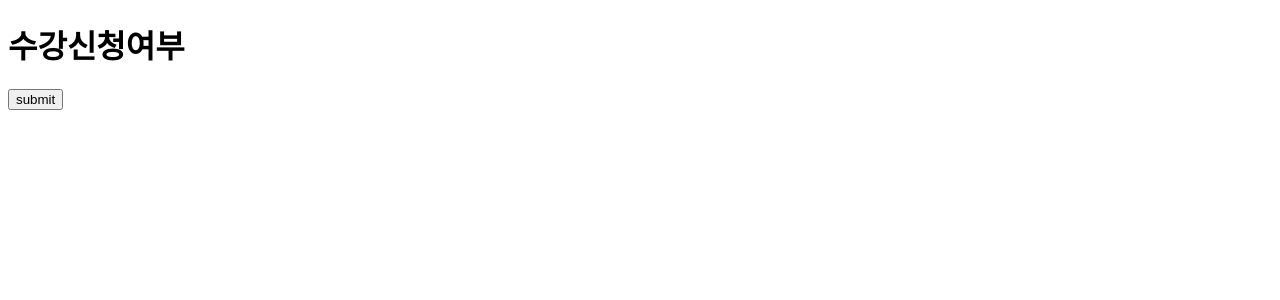
Repository: mi-ci/ai
Page: jsp01/src/main/webapp/ch05/r4.html
These files come from the project's save history. The page is drawn as it stood at one moment and after the next save; the edit follows.
The browser window is 1280 px wide. The pictures show the whole page.

Above is the page before, as saved 2024-01-18 07:03:31.

After the next save:
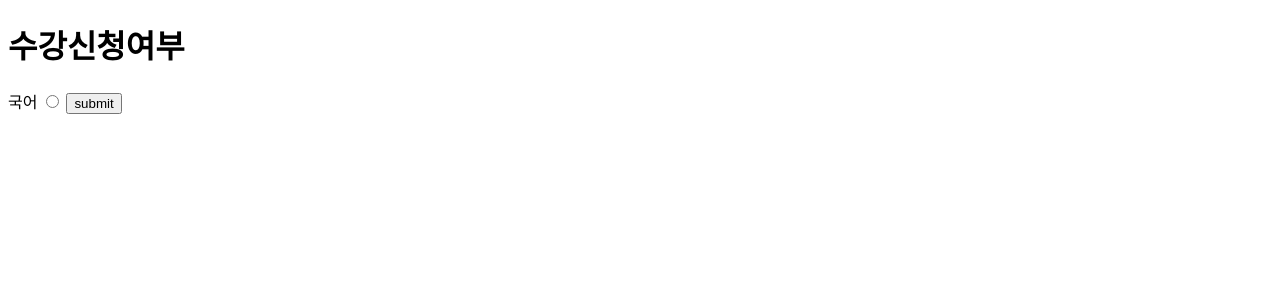
Saved 19 s later.
--- a/jsp01/src/main/webapp/ch05/r4.html
+++ b/jsp01/src/main/webapp/ch05/r4.html
@@ -7,7 +7,7 @@
 <body>
 	<h1>수강신청여부</h1>
 	<form action="r4.jsp" method="get">
-
+	<p>국어 <input type="radio">
 	<input type="submit" value="submit">
 	</form>
 </body>
